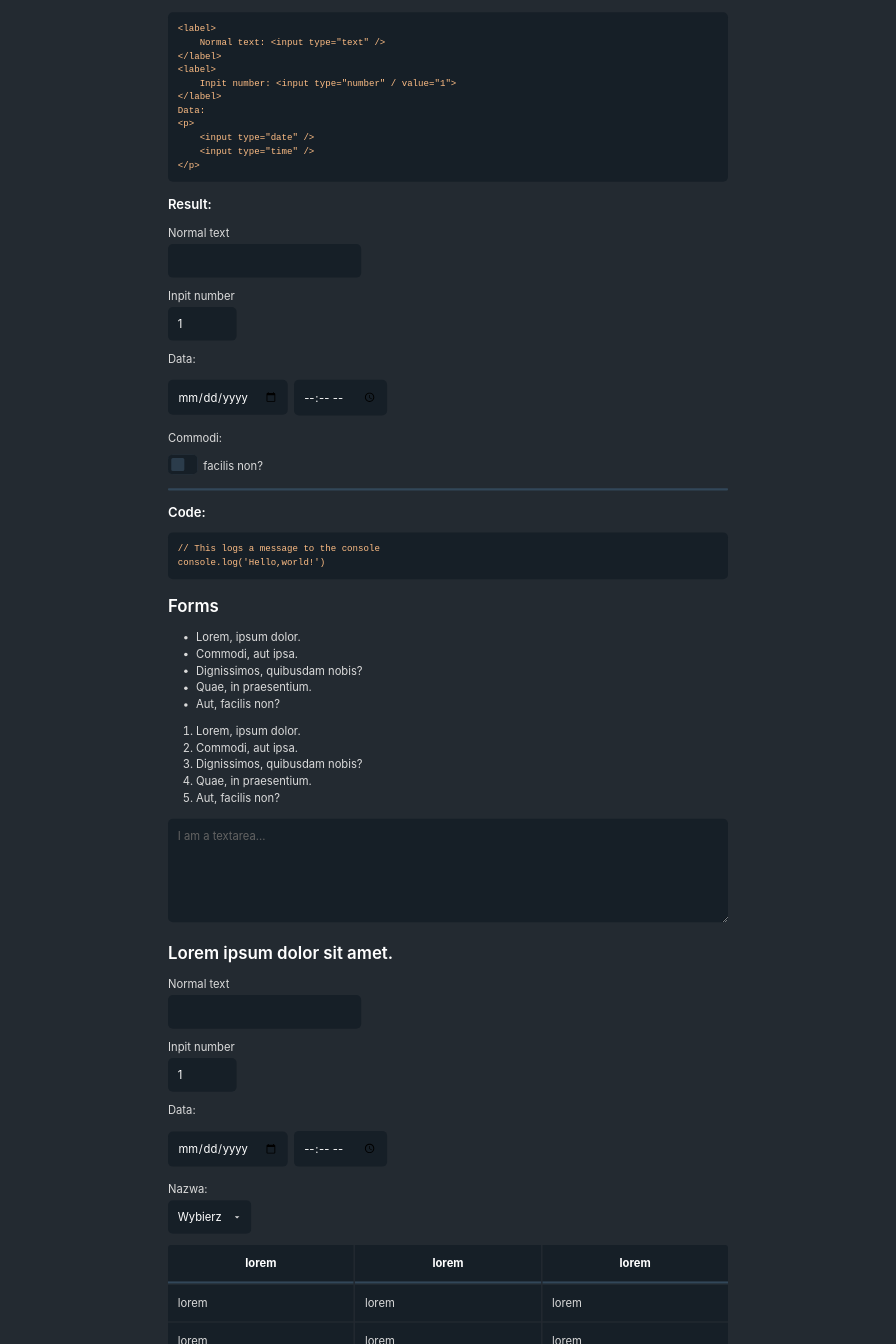
Repository: KozakBartosz/Draft
Page: index.html
An editor plug-in stored every save of this project. The page is shown before and after the next save, followed by the edit.
The browser window is 1280 px wide. The pictures show the part of the page from y = 521 to 2441 px (the page is 4538 px tall before and 4577 px after), at 70% of full size.

Above is the page before, as saved 2019-04-12 08:42:44.

After the next save:
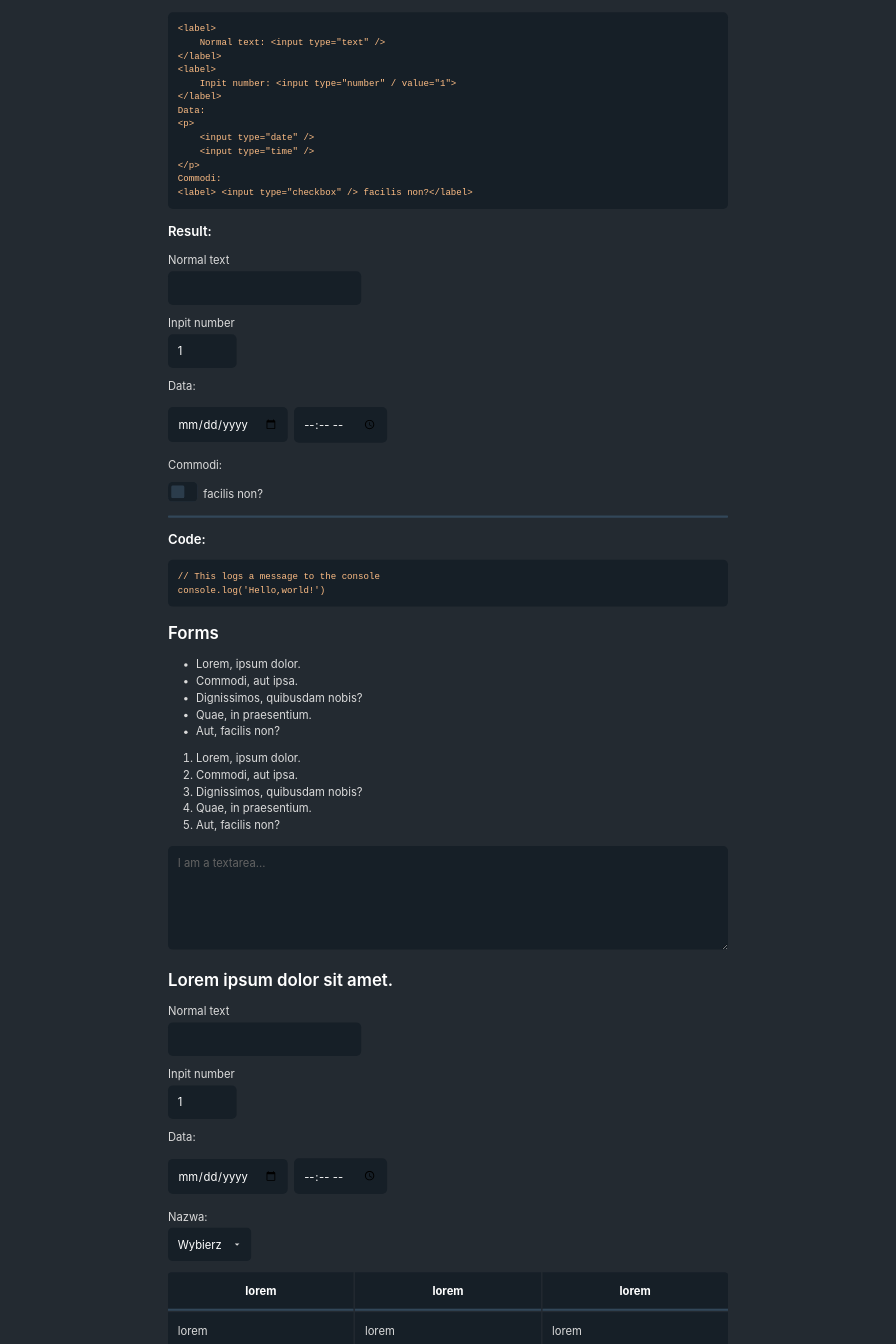
Saved 25 s later.
--- a/index.html
+++ b/index.html
@@ -35,7 +35,7 @@
 
 		<h3>Code:</h3>
 
-		<pre><code>&lt;label&gt;<br />&nbsp; &nbsp; Normal text: &lt;input type="text" /&gt;<br />&lt;/label&gt;<br />&lt;label&gt;<br />&nbsp; &nbsp; Inpit number: &lt;input type="number" / value="1"&gt;<br />&lt;/label&gt;<br />Data:<br />&lt;p&gt;<br />&nbsp; &nbsp; &lt;input type="date" /&gt;<br />&nbsp; &nbsp; &lt;input type="time" /&gt;<br />&lt;/p&gt;</code></pre>
+		<pre><code>&lt;label&gt;<br />&nbsp; &nbsp; Normal text: &lt;input type="text" /&gt;<br />&lt;/label&gt;<br />&lt;label&gt;<br />&nbsp; &nbsp; Inpit number: &lt;input type="number" / value="1"&gt;<br />&lt;/label&gt;<br />Data:<br />&lt;p&gt;<br />&nbsp; &nbsp; &lt;input type="date" /&gt;<br />&nbsp; &nbsp; &lt;input type="time" /&gt;<br />&lt;/p&gt;<br />Commodi:<br />&lt;label&gt; &lt;input type="checkbox" /&gt; facilis non?&lt;/label&gt;</code></pre>
 		<h3>Result:</h3>
 		<label>
 			Normal text
